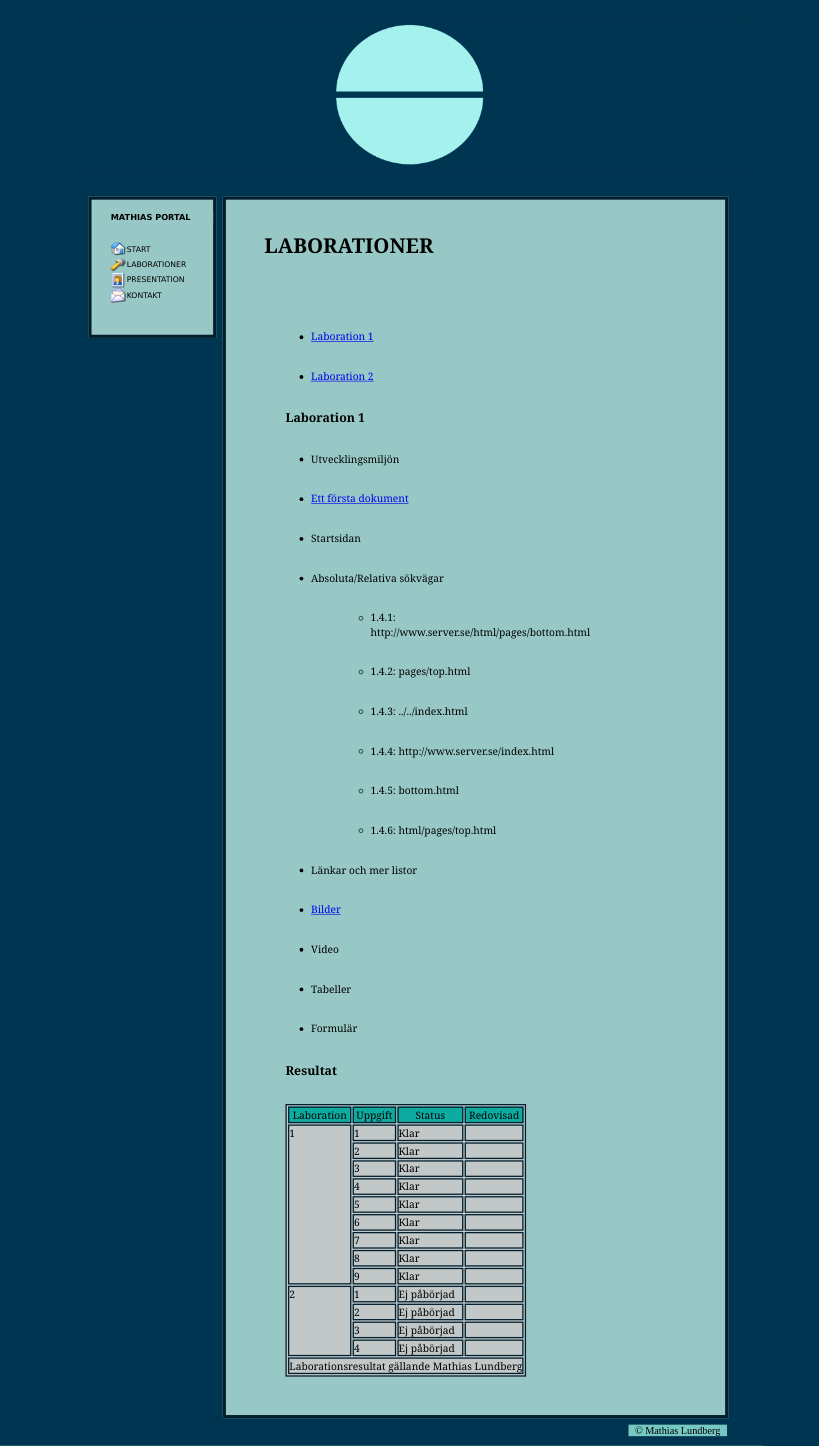
Repository: ml223nw/1ik415-laborationer
Page: pages/laborationer.html
The author's editor kept a record of every edit. The page is drawn from the files as they stood at one moment, then again after the next edit.
The browser window is 1280 px wide. The pictures show the whole page, at 64% of full size.

Above is the page before.

After the next edit:
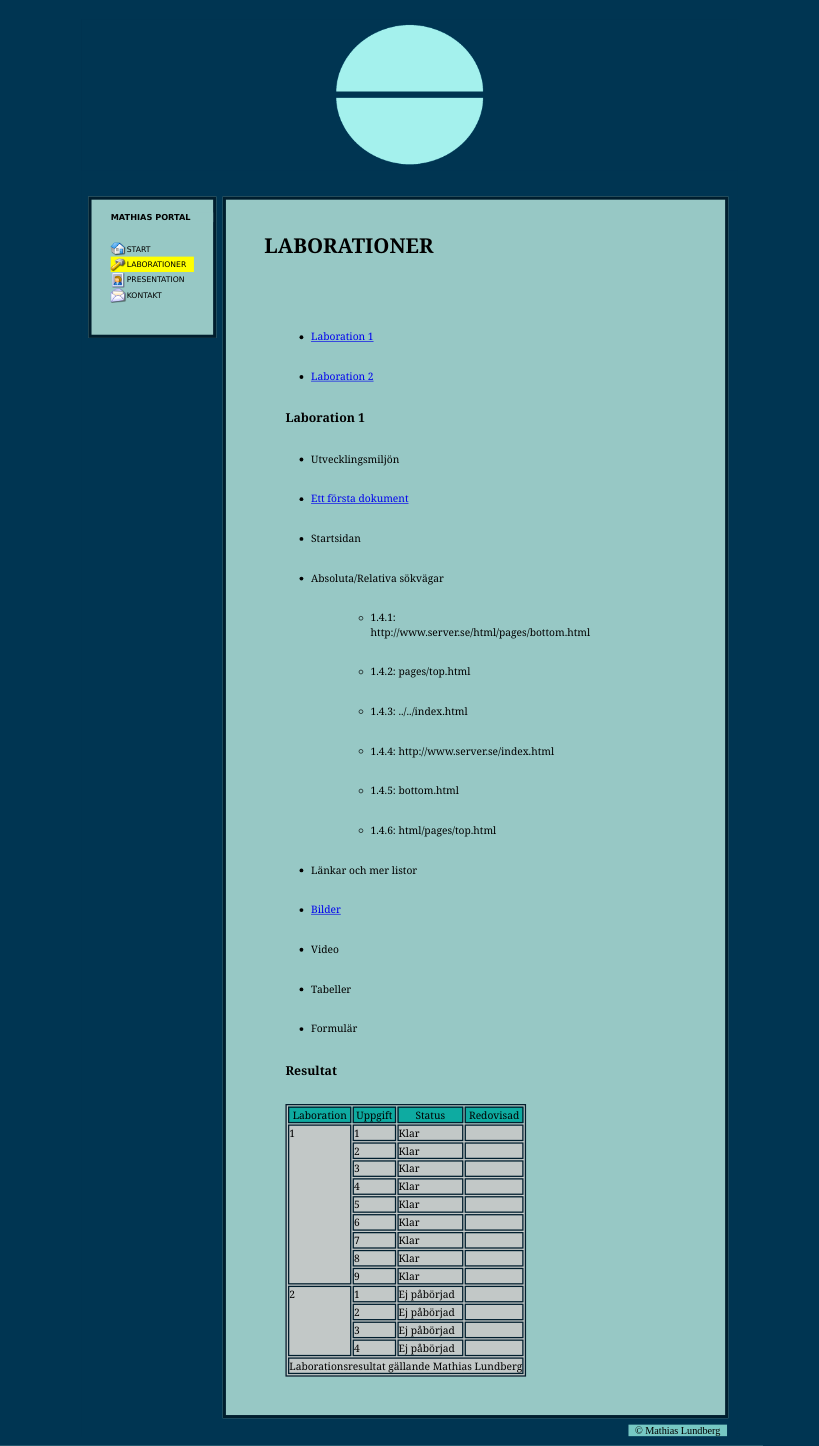
The edit:
--- a/pages/laborationer.html
+++ b/pages/laborationer.html
@@ -18,7 +18,7 @@
         </div>
               <ul>
                   <li><a href="../index.html" id="home">Start</a></li>
-                  <li><a href="laborationer.html" id="lab">Laborationer</a></li>
+                  <li><a href="laborationer.html" class="active" id="lab">Laborationer</a></li>
                   <li><a href="presentation.html" id="pres">Presentation</a></li>
                   <li><a href="kontakt.html" id="kontakt">Kontakt</a></li>
               </ul>
